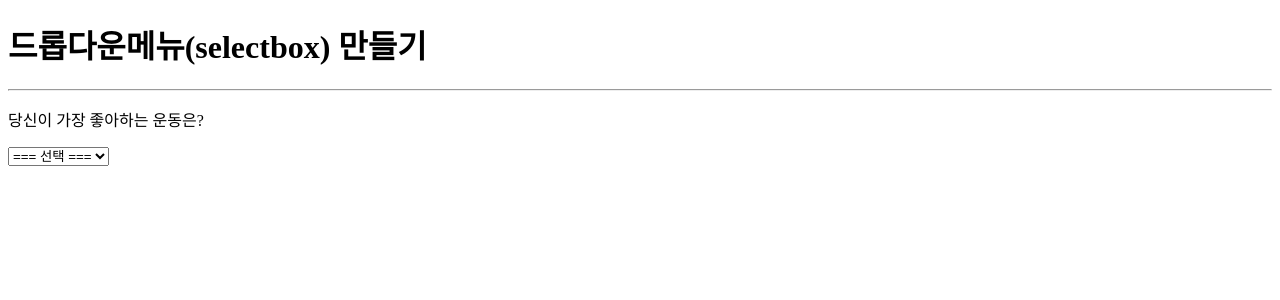
Repository: jp0301/WebStudy
Page: WebApp01/WebContent/Test026.html
An editor plug-in stored every save of this project. The page is shown before and after the next save, followed by the edit.
The browser window is 1280 px wide. The pictures show the whole page.

Above is the page before, as saved 2022-09-27 08:03:39.

After the next save:
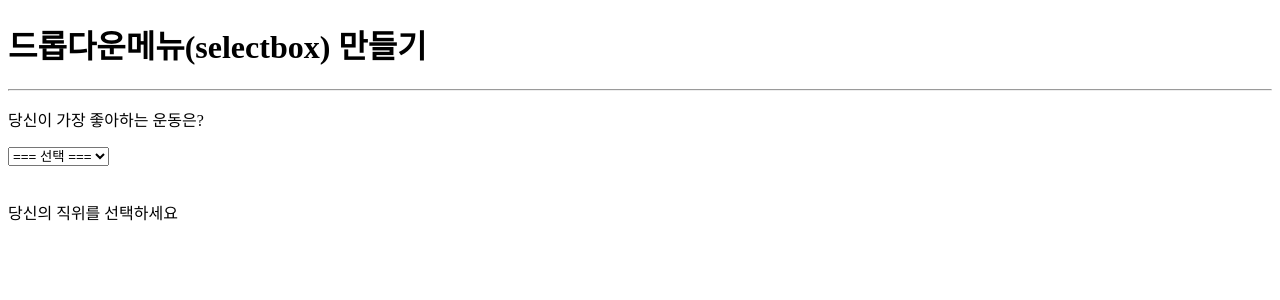
Saved 19 s later.
--- a/WebApp01/WebContent/Test026.html
+++ b/WebApp01/WebContent/Test026.html
@@ -24,6 +24,7 @@
 			</select>
 			<br><br>
 
+			<p>당신의 직위를 선택하세요</p>
 
 		</form>
 	</div>
